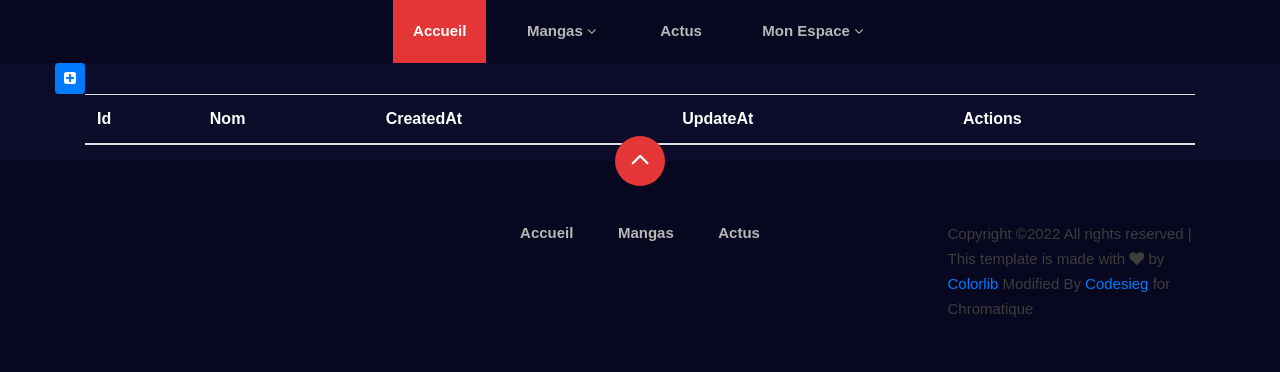
Repository: Codesieg/Chromatique
Page: chromatique/resources/views/admin/browse.blade.php
An editor plug-in stored every save of this project. The page is shown before and after the next save, followed by the edit.
The browser window is 1280 px wide. The pictures show the whole page.
Some web fonts or font styles are not loaded; a fallback is used. The page is served by the project's Laravel application, run on PHP 8.4 with Laravel 8. Other server files are loaded and not shown. The template is opened directly, without the code that normally fills it, so the values that code supplies are empty.

Above is the page before, as saved 2022-04-03 16:24:48.

### chromatique/routes/web.php
<?php


use Illuminate\Support\Facades\Auth;
use Illuminate\Support\Facades\Route;
use App\Http\Controllers\PagesController;
use App\Http\Controllers\TomesController;
use App\Http\Controllers\MangasController;
use App\Http\Controllers\Auth\LoginController;
use App\Http\Controllers\Admin\AdminTomesController;
use App\Http\Controllers\Admin\AdminMangasController;


/*
|--------------------------------------------------------------------------
| Web Routes
|--------------------------------------------------------------------------
|
| Here is where you can register web routes for your application. These
| routes are loaded by the RouteServiceProvider within a group which
| contains the "web" middleware group. Now create something great!
|
*/
//-------------- Route front ----------------
// Route::get('/', [MangasController::class,'browse'])->name('browse_mangas');

Route::get(
    '/',
    [MangasController::class, 'browse']
)->name('browse_mangas');

Route::get(
    '/tome/browse/{id}',
    [TomesController::class,'browse']
)->name('browse_tomes');

Route::get(
    '/tome/page/{id}',
    [PagesController::class,'read']
)->name('browse_pages');

// Route::post(
//     '/logout',
//     [LoginController::class,'logout']
// )->name('user_logout');

//-------------- Route back-office manga ----------------

Route::get(
    '/admin',
    [AdminMangasController::class, 'browse']
)->name('admin_browse_mangas')->middleware('auth');

// Route affichant le formulaire d'ajout d'un manga
Route::get(
    '/admin/add/manga',
    [AdminMangasController::class, 'form']
)->name('admin_form_manga')->middleware('auth');

//  Route ajoutant le manga, au clique sur le formulaire
Route::post(
    '/admin/add/manga',
    [AdminMangasController::class, 'add']
)->name('admin_add_manga')->middleware('auth');

// Supprimer un manga
Route::delete(
    '/admin/delete/{id}',
    [AdminMangasController::class, 'delete']
)->name('admin_delete_manga')->middleware('auth');

//  Route qui vient scanner le dossier publique au clique sur le bouton scanner
Route::post(
    '/admin/insert',
    [AdminMangasController::class, 'insert']
)->name('admin_insert_manga')->middleware('auth');

// Permet d'afficher le forms de modification d'un manga
Route::get(
    '/admin/manga/edit/{id}',
    [AdminMangasController::class, 'form_edit']
)->name('admin_form_edit_manga')->middleware('auth');

// Permet d'enregistrer les modifications d'un manga
Route::post(
    '/admin/manga/edit/{id}',
    [AdminMangasController::class, 'edit']
)->name('admin_edit_manga')->middleware('auth');

//-------------- Route back-office tome ----------------

// On récupère l'id du manga sur cette route et on affiche le formulaire d'ajout d'un tome par rapport à ça franchise
Route::get(
    '/admin/add/tome/{id}',
    [AdminTomesController::class, 'form']
)->name('admin_form_tome')->middleware('auth');

// On ajoute un tome
Route::post(
    '/admin/add/tome',
    [AdminTomesController::class, 'add']
)->name('admin_add_tome')->middleware('auth');

// On liste tous les tomes de tous les mangas
Route::get(
    '/admin/tome/',
    [AdminTomesController::class, 'browse']
)->name('admin_browse_tomes')->middleware('auth');

// On liste tous les tomes d'un manga
Route::get(
    '/admin/tome/{id}',
    [AdminTomesController::class, 'read']
)->name('admin_read_tome')->middleware('auth');

// Permet de supprimer un tome
Route::delete(
    '/admin/delete/tome/{id}',
    [AdminTomesController::class, 'delete']
)->name('admin_delete_tome')->middleware('auth');

// Permet de modifier un tome
Route::get(
    '/admin/tome/edit/{id}',
    [AdminTomesController::class, 'edit']
)->name('admin_edit_tome')->middleware('auth');

// ---------------route d'authentification------------

Auth::routes();

### chromatique/app/Http/Controllers/Auth/ConfirmPasswordController.php
<?php

namespace App\Http\Controllers\Auth;

use App\Http\Controllers\Controller;
use App\Providers\RouteServiceProvider;
use Illuminate\Foundation\Auth\ConfirmsPasswords;

class ConfirmPasswordController extends Controller
{
    /*
    |--------------------------------------------------------------------------
    | Confirm Password Controller
    |--------------------------------------------------------------------------
    |
    | This controller is responsible for handling password confirmations and
    | uses a simple trait to include the behavior. You're free to explore
    | this trait and override any functions that require customization.
    |
    */

    use ConfirmsPasswords;

    /**
     * Where to redirect users when the intended url fails.
     *
     * @var string
     */
    protected $redirectTo = RouteServiceProvider::LOGIN;

    /**
     * Create a new controller instance.
     *
     * @return void
     */
    public function __construct()
    {
        $this->middleware('auth');
    }
}

### chromatique/resources/views/admin/browse.blade.php
@extends ('layout')

@section('contenu')

<div class="container">
    <div class="row">
        <button type="button" class="btn btn-primary btn-sm align-self-end white"><a class="text-decoration-none text-white" href="{{route('admin_form_manga')}}"><i class="fa fa-plus-square white"></i></a></button>
    </div>
    <div class="col-12">
        <table class="table">
            <thead>
            <tr>
                <th class="text-white">Id</th>
                <th class="text-white">Nom</th>
                <th class="text-white">CreatedAt</th>
                <th class="text-white">UpdateAt</th>
                <th class="text-white">Actions</th>
            </tr>
            </thead>
            <tbody>
            @foreach ($listMangas as $manga)
            <tr>
                <td class="text-white">{{$manga->id}}</td>
                <td class="text-white">{{$manga->manga_name}}</td>
                <td class="text-white">{{$manga->created_at}}</td>
                <td class="text-white">{{$manga->update_at}}</td>
                <td class="btn-actions">
                    <div class="d-flex">
                        <button type="button" class="btn btn-success btn-sm">
                            <a class="text-decoration-none text-white"  href="{{route('admin_form_edit_manga', ['id' => $manga->id]) }}" data-toggle="tooltip" data-placement="bottom" title="Modifier le manga"><i class="fa fa-edit white"></i></a>
                        </button>

                        <button type="button" class="btn btn-success btn-sm mx-2">
                            <a class="text-decoration-none text-white" href="{{route('admin_read_tome', ['id' => $manga->id]) }}" data-toggle="tooltip" data-placement="bottom" title="Voir les tomes"><i class="fa fa-eye white"></i></a>
                        </button>
                            <form action="{{route('admin_delete_manga', ['id' => $manga->id])}}" method="post">
                                <button type="submit" class="btn-trash">
                                    <i class="fa fa-trash white"></i>
                                    <input type="hidden" name="_method" value="delete" />
                                    @csrf
                                </button>
                            </form>
                    </div>
                </td>
            </tr>
            @endforeach
            </tbody>
        </table>
    </div>
</div>
@endsection

### chromatique/resources/views/layout.blade.php
<!DOCTYPE html>
<html lang="french">

<head>
    <meta charset="UTF-8">
    <meta name="description" content="Chromatique team">
    <meta name="keywords" content="Manga, unica, creative, html">
    <meta name="viewport" content="width=device-width, initial-scale=1.0">
    <meta http-equiv="X-UA-Compatible" content="ie=edge">
    <title>Chromatique</title>

    <!-- Google Font -->
    <link href="https://fonts.googleapis.com/css2?family=Oswald:wght@300;400;500;600;700&display=swap" rel="stylesheet">
    <link href="https://fonts.googleapis.com/css2?family=Mulish:wght@300;400;500;600;700;800;900&display=swap"
    rel="stylesheet">

    <!-- Css Styles -->
    <link rel="stylesheet" href=<?= asset('assets/css/bootstrap.min.css') ?> type="text/css">
    <link rel="stylesheet" href=<?= asset('assets/css/font-awesome.min.css') ?> type="text/css">
    <link rel="stylesheet" href=<?= asset('assets/css/elegant-icons.css') ?> type="text/css">
    <link rel="stylesheet" href=<?= asset('assets/css/plyr.css') ?> type="text/css">
    <link rel="stylesheet" href=<?= asset('assets/css/nice-select.css') ?> type="text/css">
    <link rel="stylesheet" href=<?= asset('assets/css/owl.carousel.min.css') ?> type="text/css">
    <link rel="stylesheet" href=<?= asset('assets/css/slicknav.min.css') ?> type="text/css">
    <link rel="stylesheet" href=<?= asset('assets/css/style.css') ?> type="text/css">
</head>
<!-- Page Preloder -->
<div id="preloder">
    <div class="loader"></div>
</div>

    <!-- Header Section Begin -->
    <header class="header">
        <div class="container">
            <div class="row">
                <div class="col-lg-2">
                    <div class="header__logo">
                        <a href="{{route('browse_mangas')}}">
                            <img src="img/logo.png" alt="">
                        </a>
                    </div>
                </div>
                <div class="col-lg-8">
                    <div class="header__nav">
                        <nav class="header__menu mobile-menu">
                            <ul>
                                <li class="active"><a href="{{route('browse_mangas')}}">Accueil</a></li>
                                <li><a>Mangas<span class="arrow_carrot-down"></span></a>
                                    <ul class="dropdown">
                                        <li><a href="">Naruto</a></li>
                                        <li><a href="">Bleach</a></li>
                                        <li><a href="">Alice in Borderland</a></li>
                                        <li><a href="">One Piece</a></li>
                                        <li><a href="">Death Note</a></li>
                                        <li><a href="">Dragon Ball</a></li>
                                    </ul>
                                </li>
                                <li><a href="">Actus</a></li>
                                {{-- <li><a href="#">Contacts</a></li> --}}
                                {{-- <a href="#" class="search-switch"><span class="icon_search"></span></a> --}}
                                <li><a>Mon Espace<span class="arrow_carrot-down"></span></a>
                                    <ul class="dropdown">
                                        @if (!Auth::check())
                                        <li><a href="{{route('login')}}">Connexion</a></li>
                                            <li><a href="{{route('register')}}">Inscription</a></li>
                                        @else
                                        <li>
                                            <a href="{{ route('logout') }}"
                                            onclick="event.preventDefault();
                                                                document.getElementById('logout-form').submit();">
                                                {{ __('Deconnexion') }}
                                            </a>
                                            <form id="logout-form" action="{{ route('logout') }}" method="POST" style="display: none;">
                                                @csrf
                                            </form>
                                            @endif
                                        </li>

                                        @if (Auth::check())
                                        <li><a href="{{route('admin_browse_mangas')}}">Gestion Manga</a></li>
                                        <li><a href="{{route('admin_browse_tomes')}}">Gestion Tome</a></li>
                                        <li><a href="">Gestion des utilisateur</a></li>
                                        @endif
                                    </ul>
                                </li>
                            </ul>
                        </nav>
                    </div>
                </div>
            </div>
            <div id="mobile-menu-wrap"></div>
        </div>
    </header>
    <!-- Header End -->
<body>
    <!-- wrap -->
    @include('layouts/flash-message')
    <div class="wrapper">

    @yield('contenu')
    </div>


</body>
@include('layouts/footer')


<script src="https://cdn.jsdelivr.net/npm/bootstrap@5.0.0-beta3/dist/js/bootstrap.bundle.min.js" integrity="sha384-JEW9xMcG8R+pH31jmWH6WWP0WintQrMb4s7ZOdauHnUtxwoG2vI5DkLtS3qm9Ekf" crossorigin="anonymous"></script>
<!-- Js Plugins -->
<script src="<?= asset('assets/js/jquery-3.3.1.min.js') ?>"></script>
<script src="<?= asset('assets/js/bootstrap.min.js') ?>"></script>
<script src="<?= asset('assets/js/player.js') ?>"></script>
<script src="<?= asset('assets/js/jquery.nice-select.min.js') ?>"></script>
<script src="<?= asset('assets/js/mixitup.min.js') ?>"></script>
<script src="<?= asset('assets/js/jquery.slicknav.js') ?>"></script>
<script src="<?= asset('assets/js/owl.carousel.min.js') ?>"></script>
<script src="<?= asset('assets/js/main.js') ?>"></script>
</html>

### chromatique/resources/views/layouts/flash-message.blade.php
@if ($message = Session::get('success'))
<div class="alert alert-success alert-block ">
        <strong>{{ $message }}</strong>
</div>
@endif


@if ($message = Session::get('error'))
<div class="alert alert-danger alert-block ">
        <strong>{{ $message }}</strong>
</div>
@endif


@if ($message = Session::get('warning'))
<div class="alert alert-warning alert-block">
	<strong>{{ $message }}</strong>
</div>
@endif


@if ($message = Session::get('info'))
<div class="alert alert-info alert-block ">
	<strong>{{ $message }}</strong>
</div>
@endif


@if ($errors->any())
<div class="alert alert-danger ">
    Please check the form below for errors
</div>
@endif

### chromatique/resources/views/layouts/footer.blade.php
<!-- Footer Section Begin -->
<footer class="footer">
    <div class="page-up">
        <a href="#" id="scrollToTopButton"><span class="arrow_carrot-up"></span></a>
    </div>
    <div class="container">
        <div class="row">
            <div class="col-lg-3">
                <div class="footer__logo">
                    <a href="./index.html"><img src="" alt=""></a>
                </div>
            </div>
            <div class="col-lg-6">
                <div class="footer__nav">
                    <ul>
                        <li class="active"><a href="{{route('browse_mangas')}}">Accueil</a></li>
                        <li><a href="{{route('browse_mangas')}}">Mangas</a></li>
                        <li><a href="">Actus</a></li>
                    </ul>
                </div>
            </div>
            <div class="col-lg-3">
                <p><!-- Link back to Colorlib can't be removed. Template is licensed under CC BY 3.0. -->
                Copyright &copy;<script>document.write(new Date().getFullYear());</script> All rights reserved | This template is made with <i class="fa fa-heart" aria-hidden="true"></i> by <a href="https://colorlib.com" target="_blank">Colorlib</a>
                Modified By <a href="http://chromatique.codesieg.fr">Codesieg </a>for Chromatique
                <!-- Link back to Colorlib can't be removed. Template is licensed under CC BY 3.0. --></p>

            </div>
        </div>
    </div>
</footer>
<!-- Footer Section End -->

Loaded but not shown: chromatique/app/Providers/AppServiceProvider.php (common file); chromatique/app/Http/Controllers/Controller.php (common file); chromatique/public/assets/css/bootstrap.min.css (library); chromatique/public/assets/css/font-awesome.min.css (library); chromatique/public/assets/css/plyr.css (library); chromatique/public/assets/css/nice-select.css (common file); chromatique/public/assets/css/owl.carousel.min.css (library); chromatique/public/assets/css/slicknav.min.css (common file); chromatique/public/assets/js/jquery-3.3.1.min.js (library); chromatique/public/assets/js/bootstrap.min.js (library); chromatique/public/assets/js/player.js (library); chromatique/public/assets/js/jquery.nice-select.min.js (common file); chromatique/public/assets/js/mixitup.min.js (library); chromatique/public/assets/js/jquery.slicknav.js (library); chromatique/public/assets/js/owl.carousel.min.js (library); chromatique/public/assets/js/main.js (101 lines, source omitted); chromatique/public/assets/css/style.css (2403 lines, source omitted); chromatique/public/assets/css/elegant-icons.css (1157 lines, source omitted)

After the next save:
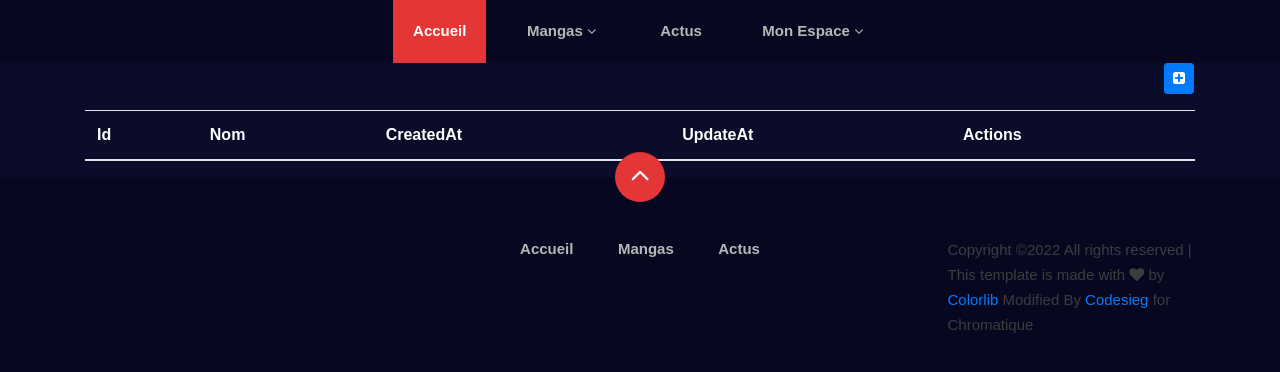
Saved 2 min 16 s later.
--- a/chromatique/resources/views/admin/browse.blade.php
+++ b/chromatique/resources/views/admin/browse.blade.php
@@ -3,8 +3,8 @@
 @section('contenu')
 
 <div class="container">
-    <div class="row">
-        <button type="button" class="btn btn-primary btn-sm align-self-end white"><a class="text-decoration-none text-white" href="{{route('admin_form_manga')}}"><i class="fa fa-plus-square white"></i></a></button>
+    <div class="d-flex justify-content-end mb-3 px-3">
+        <button type="button" class="btn btn-primary btn-sm white"><a class="text-decoration-none text-white" href="{{route('admin_form_manga')}}"><i class="fa fa-plus-square white"></i></a></button>
     </div>
     <div class="col-12">
         <table class="table">
